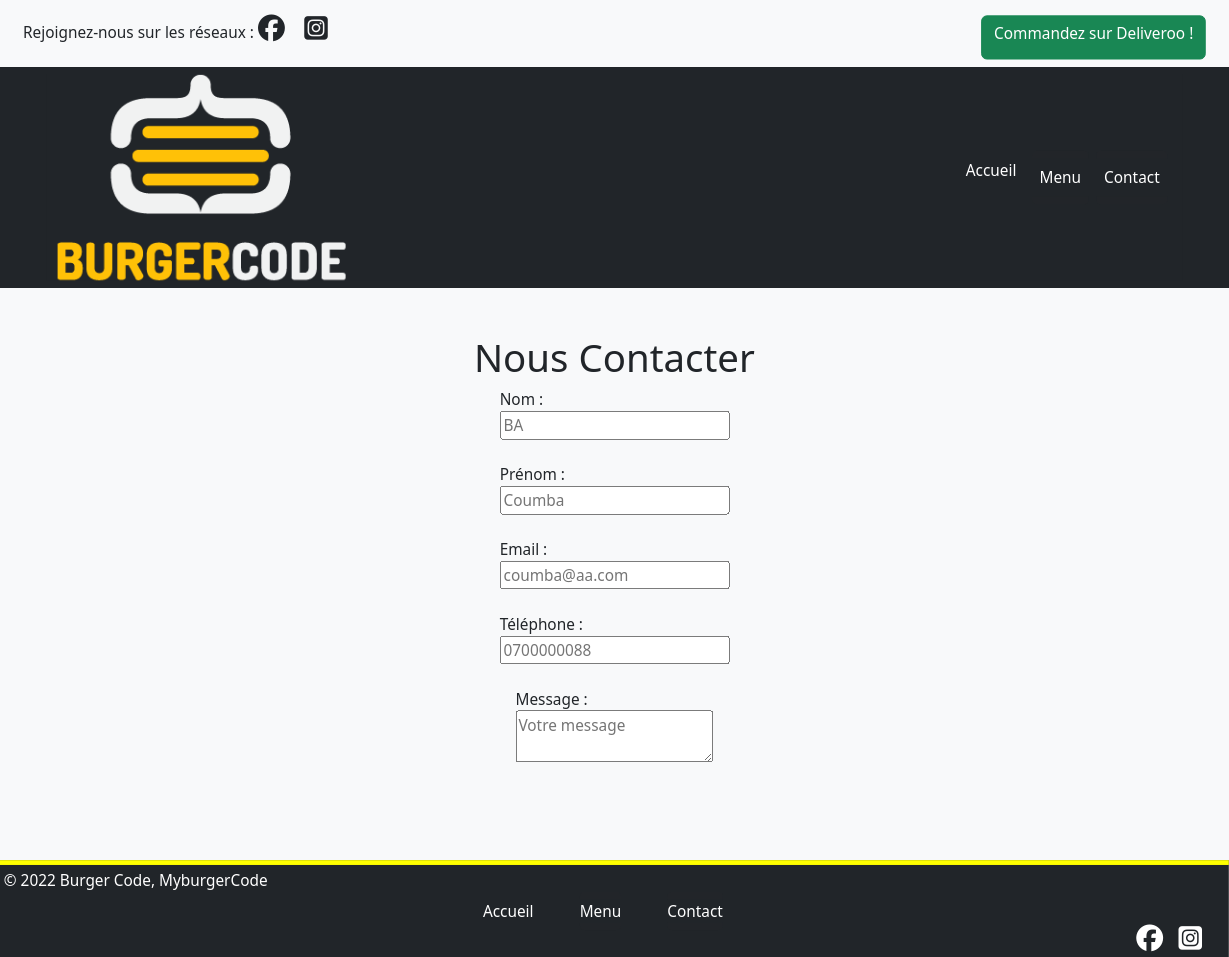
Repository: Coumba25040/coumbaProjet
Page: VraiProjet/contact.html
These files come from the project's save history. The page is drawn as it stood at one moment and after the next save; the edit follows.
The browser window is 1280 px wide. The pictures show the whole page, at 96% of full size.

Above is the page before, as saved 2025-01-24 13:56:46.

After the next save:
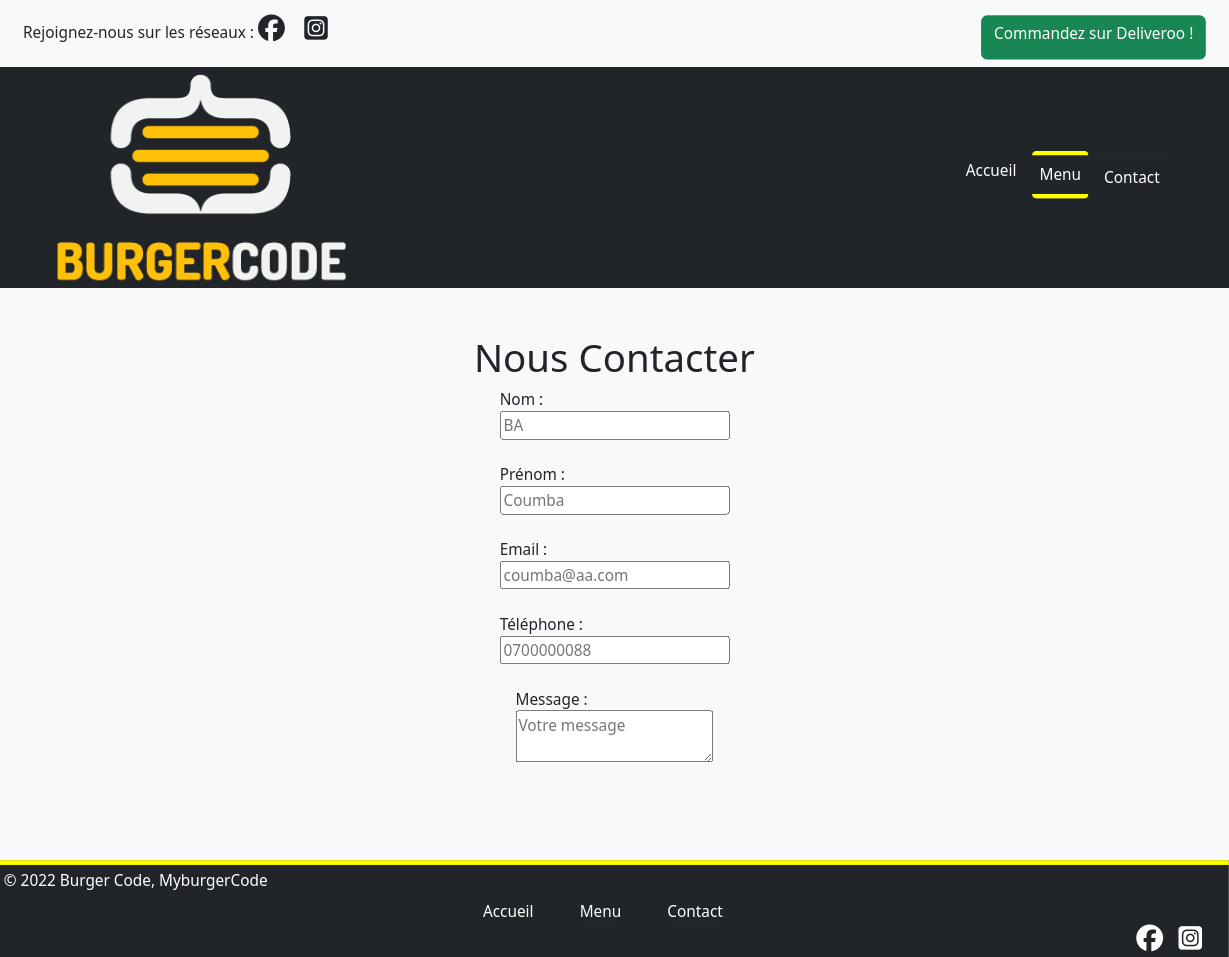
Saved 39 s later.
--- a/VraiProjet/contact.html
+++ b/VraiProjet/contact.html
@@ -111,7 +111,7 @@
                         <a class="nav-link active text-white accueil " aria-current="page" href="./accueil.html">Accueil</a>
                     </li>
                     <li class="nav-item mx-1">
-                        <a class="nav-link text-white border-hover " href="./menu.html">Menu</a>
+                        <a class="nav-link text-white menu " href="./menu.html">Menu</a>
                     </li>
                     <li class="nav-item mx-1">
                         <a class="nav-link text-white border-hover " href="./contact.html">Contact</a>
